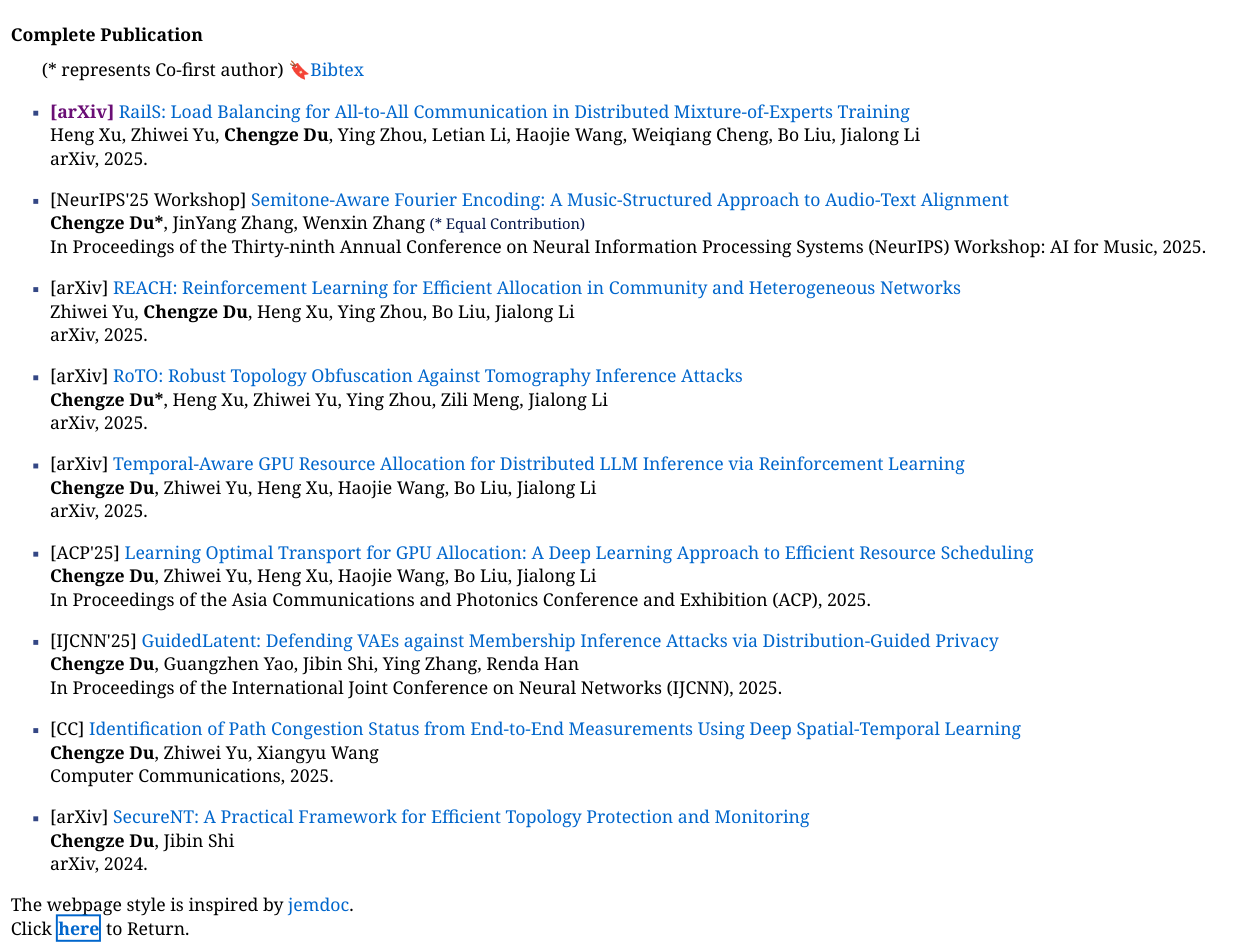
Repository: Monickar/Monickar.github.io
Page: FullPaperList.html
An editor plug-in stored every save of this project. The page is shown before and after a run of saves, followed by the edit.
The browser window is 1280 px wide. The pictures show the whole page, at 98% of full size.

Above is the page before, as saved 2025-10-26 17:47:45.

### FullPaperList.html

<!DOCTYPE html PUBLIC "-//W3C//DTD XHTML 1.1//EN"
  "http://www.w3.org/TR/xhtml11/DTD/xhtml11.dtd">
<html xmlns="http://www.w3.org/1999/xhtml" xml:lang="en">
<head>
<meta http-equiv="Content-Type" content="text/html;charset=utf-8" />
<meta name="viewport" content="width=device-width,initial-scale=1.0,maximum-scale=1.0,minimum-scale=1.0,user-scalable=no">
<title>Publications</title>
<style>
  * {
    font-family: Cambria, Georgia, serif;
    font-size: 18px;
  }
  a {
      color: #0066cc; /* 设置链接颜色为蓝色 */
      text-decoration: none; /* 移除下划线 */
      font-weight: 550;
  }

  a:visited {
      color: #0066cc; /* 已访问链接保持相同颜色 */
  }

  a:hover {
      color: #004499; /* 悬停时颜色变深 */
      text-decoration: underline; /* 悬停时显示下划线 */
  }

  a:active {
      color: #0066cc; /* 点击时保持相同颜色 */
  }

  a.text-with-border {
    border: 2px solid;
    font-weight: bold;
  }

  .pulisher {
    color:rgb(106, 14, 117);
    font-weight: bold;
  }
  highlight {
    color:rgb(255, 0, 0);
  }

  ul{
    list-style: square;
  }

  ul li::marker{
    color: rgb(52, 71, 133);
    font-size: 15px;
  }


  .eq {
  font-family: Georgia, Helvetica, sans-serif;
  font-size: 15px;
  font-weight: 550;
  color: rgb(6, 22, 74);
}

</style>
</head>
<body>
<table summary="Table for page layout." id="tlayout">


<td id="layout-content">
<div id="toptitle">
<h1>Complete Publication</h1>
</div>
&ensp;&ensp;&ensp; (* represents Co-first author) <a href="./Bibtex/List.txt" style="font-size: 1.em;">🔖Bibtex</a>
<ul>

<li><p><span class="pulisher">[arXiv] </span><a href="https://arxiv.org/abs/2510.19262">RailS: Load Balancing for All-to-All Communication in Distributed Mixture-of-Experts Training</a><br>
Heng Xu, Zhiwei Yu, <strong>Chengze Du</strong>, Ying Zhou, Letian Li, Haojie Wang, Weiqiang Cheng, Bo Liu, Jialong Li<br>
arXiv, 2025.</p></li>


<li><p><span>[NeurIPS'25 Workshop] </span><a href=""> Semitone-Aware Fourier Encoding: A Music-Structured Approach to Audio-Text Alignment</a><br>
<strong>Chengze Du*</strong>, JinYang Zhang, Wenxin Zhang <span class="eq">(* Equal Contribution) </span>  <br>
In Proceedings of the Thirty-ninth Annual Conference on Neural Information Processing Systems (NeurIPS) Workshop: AI for Music, 2025.
<br>
</p></li>

<li><p><span>[arXiv] </span><a href="https://arxiv.org/abs/2508.12857">REACH: Reinforcement Learning for Efficient Allocation in Community and Heterogeneous Networks</a><br>
Zhiwei Yu, <strong>Chengze Du</strong>, Heng Xu, Ying Zhou, Bo Liu, Jialong Li<br>
arXiv, 2025.</p></li>


<li><p><span>[arXiv] </span><a href="https://arxiv.org/abs/2508.12852">RoTO: Robust Topology Obfuscation Against Tomography Inference Attacks</a><br>
<strong>Chengze Du*</strong>, Heng Xu, Zhiwei Yu, Ying Zhou, Zili Meng, Jialong Li <br>
arXiv, 2025.</p></li>


<li><p><span>[arXiv] </span><a href="https://arxiv.org/abs/2507.10259">Temporal-Aware GPU Resource Allocation for Distributed LLM Inference via Reinforcement Learning</a><br>
<strong>Chengze Du</strong>, Zhiwei Yu, Heng Xu, Haojie Wang, Bo Liu, Jialong Li <br>
arXiv, 2025.</p></li>


<li><p><span>[ACP'25] </span><a href="">Learning Optimal Transport for GPU Allocation: A Deep Learning Approach to Efficient Resource Scheduling</a><br>
<strong>Chengze Du</strong>, Zhiwei Yu, Heng Xu, Haojie Wang, Bo Liu, Jialong Li<br>
In Proceedings of the Asia Communications and Photonics Conference and Exhibition (ACP), 2025.
<br>
</p></li>


<li><p><span>[IJCNN'25] </span><a href=""> GuidedLatent: Defending VAEs against Membership Inference Attacks via Distribution-Guided Privacy</a><br>
<strong>Chengze Du</strong>, Guangzhen Yao, Jibin Shi, Ying Zhang, Renda Han<br>
In Proceedings of the International Joint Conference on Neural Networks (IJCNN), 2025.
<br>
</p></li>


<li><p><span>[CC] </span><a href="https://www.sciencedirect.com/science/article/pii/S0140366425001513">	Identification of Path Congestion Status from End-to-End Measurements Using Deep Spatial-Temporal Learning</a><br>
<strong>Chengze Du</strong>, Zhiwei Yu, Xiangyu Wang<br>
Computer Communications, 2025. </p></li>


<li><p><span>[arXiv] </span><a href="https://arxiv.org/abs/2412.08177v1">SecureNT: A Practical Framework for Efficient Topology Protection and Monitoring</a><br>
<strong>Chengze Du</strong>, Jibin Shi <br>
arXiv, 2024.</p></li>


</ul>
<div id="footer">
<div id="footer-text" float="right">
The webpage style is inspired by <a href="http://jemdoc.jaboc.net/">jemdoc</a>. <br>
Click <a href="index.html" class="text-with-border"><span >here</span></a> to Return.
</div>
</div>

</td>
</table>
</body>
</html>

<!--
    <tr>
      <td style="padding:16px;width:20%;vertical-align:top">
        <div class="one">
          <img src="images/SecureNT-2.png" class="bottom" alt="SecureNT alternate" width="180" height="100">
          <img src="images/SecureNT.png" class="top" alt="SecureNT" style="width:180px; height:100px;">
        </div>
      </td>
      <td style="padding:8px;width:80%;vertical-align:top">
        <a href="https://link.springer.com/chapter/10.1007/978-981-96-9914-8_9">
			<span class="papertitle">SecureNT: Smart Topology Obfuscation for Privacy-Aware Network Monitoring
        </a>
        <br>
				<strong>Chengze Du</strong>,
                Jibin Shi,
                Hui Xu,
                Guangzhen Yao
        <br>
        <em>  International Conference on Intelligent Computing &nbsp <strong>(ICIC 2025)</strong> </em>
        <br>
        <a href="https://gitee.com/Monickar/secure-nt" style="font-size: 0.8em;">[📁Code]</a>
        <a href="./files/ICIC_2025.pdf" style="font-size: 0.8em;">[📜Paper]</a>
        <a href="https://arxiv.org/abs/2412.08177" style="font-size: 0.8em;">[😀arXiv]</a>  &nbsp <font color="#FF646D"> <strong>Oral</strong></font>

      </td>
    </tr>
    /Corresponding

-->

After the next 8 saves:
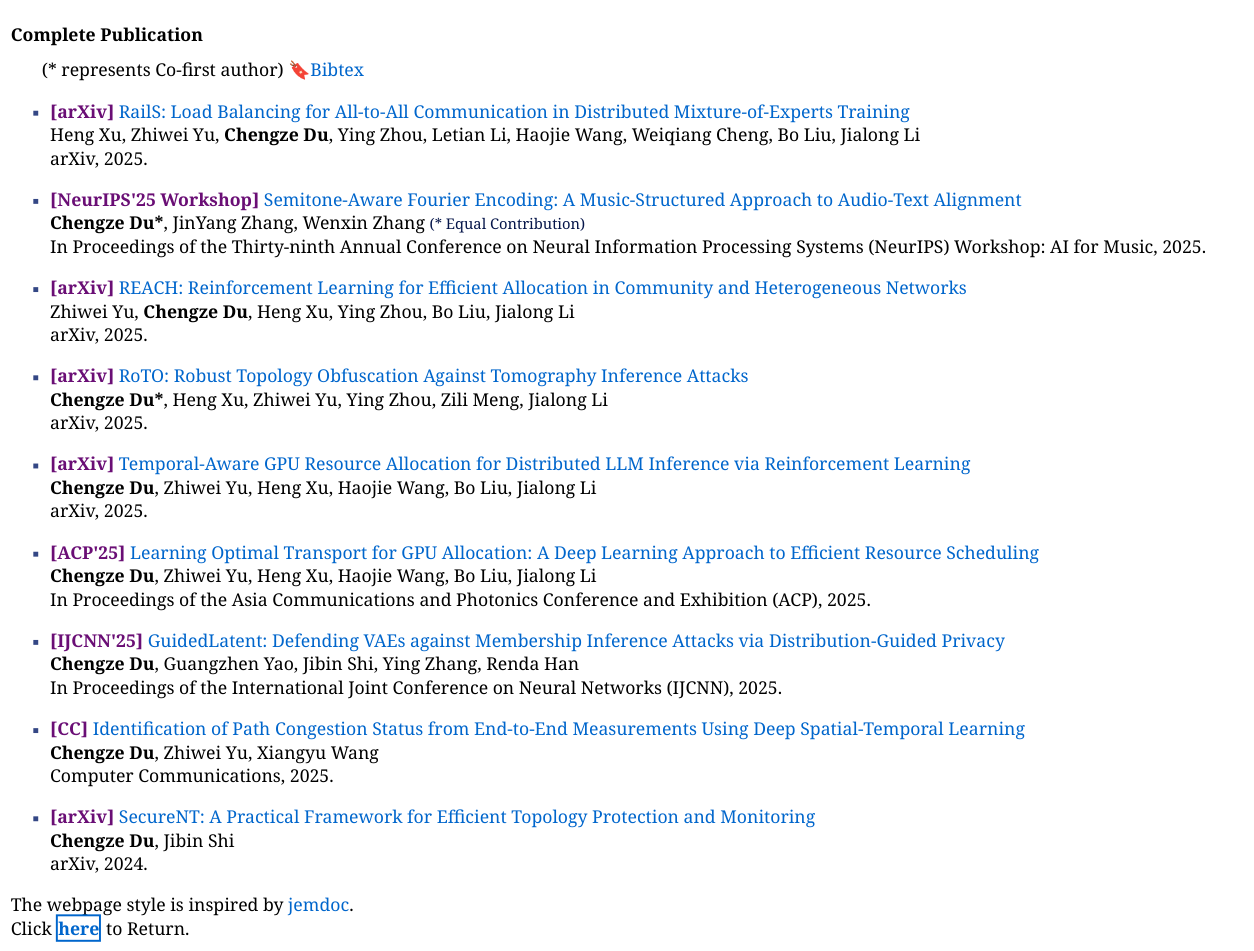
The 8 saves are shown as one change because they came seconds apart.
The last was saved 32 s later.
--- a/FullPaperList.html
+++ b/FullPaperList.html
@@ -78,47 +78,46 @@
 arXiv, 2025.</p></li>
 
 
-<li><p><span>[NeurIPS'25 Workshop] </span><a href=""> Semitone-Aware Fourier Encoding: A Music-Structured Approach to Audio-Text Alignment</a><br>
+<li><p><span class="pulisher">[NeurIPS'25 Workshop] </span><a href=""> Semitone-Aware Fourier Encoding: A Music-Structured Approach to Audio-Text Alignment</a><br>
 <strong>Chengze Du*</strong>, JinYang Zhang, Wenxin Zhang <span class="eq">(* Equal Contribution) </span>  <br>
 In Proceedings of the Thirty-ninth Annual Conference on Neural Information Processing Systems (NeurIPS) Workshop: AI for Music, 2025.
 <br>
 </p></li>
 
-<li><p><span>[arXiv] </span><a href="https://arxiv.org/abs/2508.12857">REACH: Reinforcement Learning for Efficient Allocation in Community and Heterogeneous Networks</a><br>
+<li><p><span class="pulisher">[arXiv] </span><a href="https://arxiv.org/abs/2508.12857">REACH: Reinforcement Learning for Efficient Allocation in Community and Heterogeneous Networks</a><br>
 Zhiwei Yu, <strong>Chengze Du</strong>, Heng Xu, Ying Zhou, Bo Liu, Jialong Li<br>
 arXiv, 2025.</p></li>
 
 
-<li><p><span>[arXiv] </span><a href="https://arxiv.org/abs/2508.12852">RoTO: Robust Topology Obfuscation Against Tomography Inference Attacks</a><br>
+<li><p><span class="pulisher">[arXiv] </span><a href="https://arxiv.org/abs/2508.12852">RoTO: Robust Topology Obfuscation Against Tomography Inference Attacks</a><br>
 <strong>Chengze Du*</strong>, Heng Xu, Zhiwei Yu, Ying Zhou, Zili Meng, Jialong Li <br>
 arXiv, 2025.</p></li>
 
 
-<li><p><span>[arXiv] </span><a href="https://arxiv.org/abs/2507.10259">Temporal-Aware GPU Resource Allocation for Distributed LLM Inference via Reinforcement Learning</a><br>
+<li><p><span class="pulisher">[arXiv] </span><a href="https://arxiv.org/abs/2507.10259">Temporal-Aware GPU Resource Allocation for Distributed LLM Inference via Reinforcement Learning</a><br>
 <strong>Chengze Du</strong>, Zhiwei Yu, Heng Xu, Haojie Wang, Bo Liu, Jialong Li <br>
 arXiv, 2025.</p></li>
 
 
-<li><p><span>[ACP'25] </span><a href="">Learning Optimal Transport for GPU Allocation: A Deep Learning Approach to Efficient Resource Scheduling</a><br>
+<li><p><span class="pulisher">[ACP'25] </span><a href="">Learning Optimal Transport for GPU Allocation: A Deep Learning Approach to Efficient Resource Scheduling</a><br>
 <strong>Chengze Du</strong>, Zhiwei Yu, Heng Xu, Haojie Wang, Bo Liu, Jialong Li<br>
 In Proceedings of the Asia Communications and Photonics Conference and Exhibition (ACP), 2025.
 <br>
 </p></li>
 
 
-<li><p><span>[IJCNN'25] </span><a href=""> GuidedLatent: Defending VAEs against Membership Inference Attacks via Distribution-Guided Privacy</a><br>
+<li><p><span class="pulisher">[IJCNN'25] </span><a href=""> GuidedLatent: Defending VAEs against Membership Inference Attacks via Distribution-Guided Privacy</a><br>
 <strong>Chengze Du</strong>, Guangzhen Yao, Jibin Shi, Ying Zhang, Renda Han<br>
 In Proceedings of the International Joint Conference on Neural Networks (IJCNN), 2025.
 <br>
 </p></li>
 
 
-<li><p><span>[CC] </span><a href="https://www.sciencedirect.com/science/article/pii/S0140366425001513">	Identification of Path Congestion Status from End-to-End Measurements Using Deep Spatial-Temporal Learning</a><br>
+<li><p><span class="pulisher">[CC] </span><a href="https://www.sciencedirect.com/science/article/pii/S0140366425001513">	Identification of Path Congestion Status from End-to-End Measurements Using Deep Spatial-Temporal Learning</a><br>
 <strong>Chengze Du</strong>, Zhiwei Yu, Xiangyu Wang<br>
 Computer Communications, 2025. </p></li>
 
-
-<li><p><span>[arXiv] </span><a href="https://arxiv.org/abs/2412.08177v1">SecureNT: A Practical Framework for Efficient Topology Protection and Monitoring</a><br>
+<li><p><span class="pulisher">[arXiv] </span><a href="https://arxiv.org/abs/2412.08177v1">SecureNT: A Practical Framework for Efficient Topology Protection and Monitoring</a><br>
 <strong>Chengze Du</strong>, Jibin Shi <br>
 arXiv, 2024.</p></li>
 
